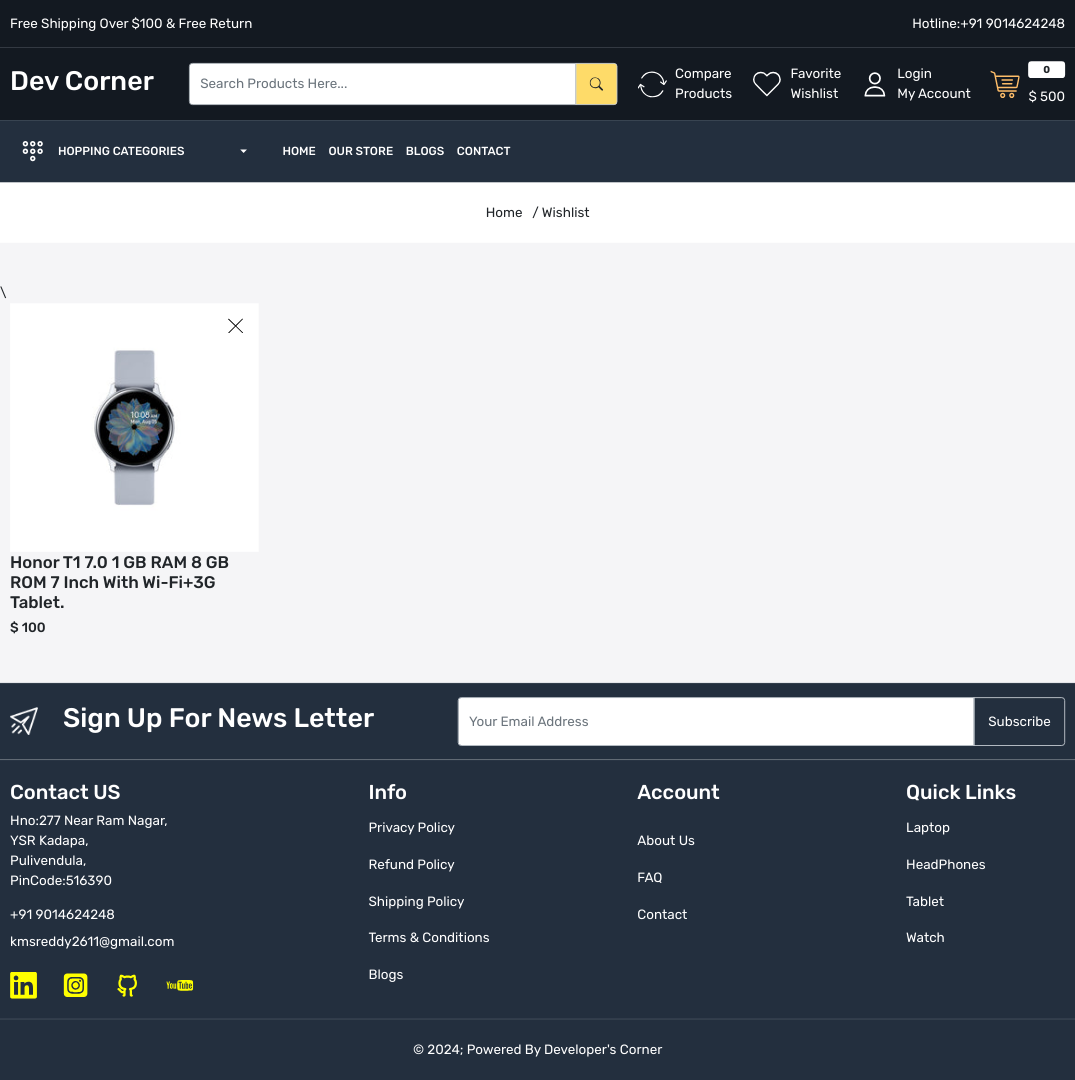
Repository: maniheist/ecommerce-app
Page: /wishlist
These files come from the project's save history. The page is drawn as it stood at one moment and after the next save; the edit follows.
The browser window is 1280 px wide. The pictures show the whole page, at 84% of full size.
The project was rebuilt for these pictures with package versions that can differ from the ones it lists, and the page was loaded fresh each time. Also part of the build but not shown: src/components/BlogCard.js, src/components/ProductCard.js, src/components/SpecialProduct.js, src/pages/Home.js, src/pages/About.js, src/pages/Contact.js, src/components/Color.js, src/pages/OurStore.js and 2 more.

Above is the page before, as saved 2024-02-20 14:27:13.

### public/index.html
<!DOCTYPE html>
<html lang="en">
  <head>
    <meta charset="utf-8" />
    <link rel="icon" href="%PUBLIC_URL%/favicon.ico" />
    <meta name="viewport" content="width=device-width, initial-scale=1" />
    <meta name="theme-color" content="#000000" />
    <meta
      name="description"
      content="Web site created using create-react-app"
    />
    <link rel="apple-touch-icon" href="%PUBLIC_URL%/logo192.png" />

    <link rel="preconnect" href="https://fonts.googleapis.com" />
    <link rel="preconnect" href="https://fonts.gstatic.com" crossorigin />
    <link
      href="https://fonts.googleapis.com/css2?family=Rubik:ital,wght@0,300..900;1,300..900&display=swap"
      rel="stylesheet"
    />
    <link
      href="https://cdn.jsdelivr.net/npm/bootstrap@5.0.2/dist/css/bootstrap.min.css"
      rel="stylesheet"
      integrity="sha384-EVSTQN3/azprG1Anm3QDgpJLIm9Nao0Yz1ztcQTwFspd3yD65VohhpuuCOmLASjC"
      crossorigin="anonymous"
    />
    <link rel="manifest" href="%PUBLIC_URL%/manifest.json" />

    <title>React Redux App</title>
  </head>
  <body>
    <noscript>You need to enable JavaScript to run this app.</noscript>
    <div id="root"></div>
    <script
      src="https://cdn.jsdelivr.net/npm/bootstrap@5.0.2/dist/js/bootstrap.bundle.min.js"
      integrity="sha384-MrcW6ZMFYlzcLA8Nl+NtUVF0sA7MsXsP1UyJoMp4YLEuNSfAP+JcXn/tWtIaxVXM"
      crossorigin="anonymous"
    ></script>
  </body>
</html>

### src/index.js
import React from 'react';
import { createRoot } from 'react-dom/client';

import App from './App';

const container = document.getElementById('root');
const root = createRoot(container);

root.render(

      <App />

);

### src/App.js
import React from 'react';
import './App.css';
import {BrowserRouter,Routes,Route} from "react-router-dom";
import Layout from "./components/Layout";
import Home from "./pages/Home"
import About from "./pages/About"
import Contact from "./pages/Contact"
import OurStore from './pages/OurStore';
import Blog from "./pages/Blog";
import CompareProduct from './pages/CompareProduct';
import Wishlist from './pages/Wishlist';
function App() {
  return (
    <>
      <BrowserRouter>
        <Routes>
        <Route path="/" element={<Layout />}>
<Route index element={<Home />} />
<Route path="about" element={<About />}/>
<Route path="contact" element={<Contact />}/>
<Route path="store" element={<OurStore />}/>
<Route path="blogs" element={<Blog />}/>
<Route path="compare-product" element={<CompareProduct />}/>
<Route path="wishlist" element={<Wishlist />}/>


        </Route>

        </Routes>
      </BrowserRouter>
    </>

  );
}

export default App;

### src/App.css
*{
  margin:0;
  padding:0;
  box-sizing:border-box;
}
:root{
  --color-131921:#131921;
  --color-3b4149:#3b4149;
--color-febd69:#fedb69;
--color-232f3e:#232f3e;
--color-bf4800:#bf4800;
--color-f5f5f7:#f5f5f7;
--color-ededed:#ededed;
--color-777777:#777777;
--color-1c1b1b:#1c1b1b;
--color-f2f2f2:#f2f2f2;
}

.section-heading{
  font-size: 26px;
  line-height: 32px;
  font-weight: 500;
  margin-bottom: 30px;

}
.card-wrapper{
  background-color: white;
  box-shadow: 0 0 10px #0000001a;
  padding: 15px;
}

.button{
  background-color:var(--color-232f3e) ;
  color: white;
  padding: 13px 33px;
  font-size: 14px;
  border-radius: 15px;
}
.button:hover{
  background-color: var(--color-febd69);
  color:#131921
}
body {
  font-family:"Rubik", sans-serif;
}
a {
  text-decoration:none;
  display:inline-block;
}

.form-control:focus{
  box-shadow:none;
  border-color: inherit;
}

/*header part*/
.header-top-strip{
  border-bottom: 1px solid var(--color-3b4149);
  background-color:var(--color-131921) ;
}

.header-upper{
  background-color: var(--color-131921);
}

.header-bottom{
  background-color: var(--color-232f3e);
}

.header-upper .input-group-text{
  background-color: var(--color-febd69);
}

.header-upper.header-upper-links img{
  width:35px;
  height: 35px;
}

.gap-10{
  gap: 10px;
}


.gap-15{
  gap: 15px;
}

.gap-30{
  gap: 30px;
}
.header-bottom .menu-links a,
.header-bottom .dropdown button
{
  color: white;
  font-size: 14px;
  line-height: 18px;
  font-weight: 480;
  letter-spacing:0.3;
  text-transform: uppercase;
}

.header-bottom .dropdown button:focus{
  box-shadow: none;
}

.header-bottom .dropdown-menu{
  background-color: var(--color-131921);
  width:100%;
  transform: translate3d(0px,57px,0px) !important;
}

.header-bottom .dropdown-item{
  padding:20px;
  margin-bottom: 3px;
  border-bottom: 1px solid var(--color-3b4149)
  ;

}
.header-bottom .dropdown-item:hover{
  background-color: transparent;
  color: var(--color-febd69) !important;
}
/*header part end */


/*footer part  */

footer{
  background-color: var(--color-232f3e);
}



footer:not(:first-child){
  border-top:1px solid rgba(255,255,255,0.1);

}

footer .input-group-text{
  background-color: var(--color-232f3e);
  color:white;
  padding:8px 17px;
}
/* footer part end */

/*Home page*/

.main-banner-content{
  top:15%;
  left:5%;
}

.main-banner-content h4{

  font-size: 19px;
  font-weight: 400;
  line-height: 24px;
  color:var(--color-bf4800);
  margin: 0 0 12px;
  letter-spacing: 0.3px;
  text-transform: uppercase;

}

.main-banner-content h5{
  font-size: 52px;
  font-weight: 500;
  line-height: 64px;
  letter-spacing: -2px;
  text-transform: none;

}

.main-banner-content p{
  font-size: 18px;
  line-height: 28px;
  letter-spacing: 0.4px;
  font-weight: 100;
  color: var(--color-131921);
}


.small-banner-content{
  top:25%;
  left:10%;
}

.small-banner-content h4{

  font-size: 21px;
  font-weight: 400;
  line-height: 24px;
  color:var(--color-bf4800);
  margin: 0 0 12px;
  letter-spacing: 0.3px;
  text-transform: uppercase;
}
.small-banner-content h5{
  font-size: 33px;
  font-weight: 500;
  line-height: 34px;
  letter-spacing: -2px;
  text-transform: none;

}

.small-banner-content p{
  font-size: 18px;
  line-height: 28px;
  letter-spacing: 0.4px;
  font-weight: 100;
  color: var(--color-131921);
}

.small-banner{
  width: 49%;

}


/* Home wrapper 2 */

.home-wrapper-2{
  background-color: var(--color-f5f5f7);

}

/* Home wrapper 2 ends */

/* categories section */

.categories{
  background-color: white;
  box-shadow: 0 0 10px #0000001a;
  padding: 15px;
}

.categories > div{
  width:25%;
  padding: 10px 10px 10px 20px;
}

.categories > div:nth-child(1),
.categories > div:nth-child(2),
.categories > div:nth-child(3),
.categories > div:nth-child(4){
  border-bottom: 1px solid var(--color-ededed) ;
}

.categories>div>div{
  width:60%
}

.categories > div:nth-child(1),
.categories > div:nth-child(2),
.categories > div:nth-child(3){
  border-right: 1px solid var(--color-ededed) ;
}

.categories > div:nth-child(5),
.categories > div:nth-child(6),
.categories > div:nth-child(7){
  border-right: 1px solid var(--color-ededed) ;
}
/* categories end */

/* Home Page End */


/* Blogcard */

.blog-card{
  background-color: white;
  padding:20px;
  border-radius:10px;
}

.blog-card img{
  border-top-left-radius:10px;
  border-top-right-radius:10px;
}

.blog-content{
  padding: 15px;

}

.blog-contentp.date{
  font-size: 13px;
  line-height: 24px;
  text-transform: uppercase;
  letter-spacing: 0;
  font-weight: 400;
  color: var(--color-777777);
  padding: 0;

}

.blog-content h5{
  font-size: 18px;
  color: var(--color-131921);
}


.blog-content p.desc{
  font-size: 13px;
  line-height: 22px;
  color: var(--color-777777);
}
/*Blogcard ends*/


/* product card */

.product-card{
  padding: 15px;
  background-color: white;
  border-radius: 13px;
overflow:hidden;
width: 100%;
}

.product-card .product-image{
  height: 270px;
}

.product-card .product-image img{
  object-fit: contain;
}
.product-card .product-image> img:last-child{
  display: none;
}
.product-card:hover .product-image > img:nth-child(1){
display: none;

}
.product-card:hover .product-image>img:last-child{
  display: block;


}



.product-card:hover .action-bar{
  right: 15px;

}
.product-card .product-details h6 {
  color:var(--color-bf4800);
  font-size: 13px;



}


.product-card .product-details h5{
  font-size: 15px;
  color: var(--color-1c1b1b);
}

.product-card.product-details p.price{
  font-size: 16px;
  color: var(--color-1c1b1b);
}

.product-card p.description{
  font-size: 13px;
  color: var(--color-777777);
  margin-right: 20px;
}

.action-bar{
  top: 10%;
  right:-23px;
  transition: 0.3s;
}


.wishlist-icon{
  top: 2%;
  right:15px;

}
/* product card ends */

/* special product */

.special-product-card{
  padding:20px 10px;
  border-radius: 10px;
  background-color: white;
}

.special-product-card .badge{
  background-color:#eb353b !important;
}


/* special product ends */

/* famous start */

.famous-card .famous-content{
  top: 10%;
  left: 5%;

}

.famous-card img{
  border-radius: 10px;
}

.famous-content h5{
  font-size: 13px;
  line-height: 20px;
  font-weight: 400px;
  color: white;
  margin-bottom: 7px;
  text-transform: uppercase;

}
.famous-content h6{
  font-size: 24px;
  line-height: 38px;
  font-weight: 500;
  color: white;
}
.famous-content p{
  font-size: 16px;
  line-height: 24px;
  color: white;
  font-weight: 100;
}

/* famous ends */

/* Our Store Start */

.filter-card{
  background-color: white;
  border-radius: 10px;
  padding: 15px 15px 25px;
}

.filter-title{
  font-size: 16px;
  line-height: 20px;
  font-weight: 600;
  color: var(--color-1c1b1b);
  margin-bottom: 20px;
}

.filter-card ul,
.filter-card .form-check-label {
  list-style-type:none;
  font-size: 13px;
  line-height: 30px;
  color: var(--color-777777);
  cursor: pointer;
}

.filter-card .form-check-input:focus{
  box-shadow: none;
  border-color: rgba(0,0,0,0.25);
}
.filter-card .form-check-input:checked{
background-color: var(--color-febd69);
  border-color: var(--color-febd69);

}
.sub-title{
  font-size: 40px;
  font-weight: 600;
  color: var(--color-1c1b1b);
  margin-bottom: 15px;
  margin-top: 20px;
}

.colors{
  list-style-type: none;
  display: flex;
  flex-wrap: wrap;
  gap: 10px;
}
.colors .one{
  width: 20px;
  height: 20px;
  background-color: red;
  border-radius: 50%;
}
.colors .two{
  width: 20px;
  height: 20px;
  background-color: blue;
  border-radius: 50%;
}
.colors  .three{
  width: 20px;
  height: 20px;
  background-color: yellow;
  border-radius: 50%;
}
.colors  .four{
  width: 20px;
  height: 20px;
  background-color: pink;
  border-radius: 50%;
}
.colors  .five{
  width: 20px;
  height: 20px;
  background-color: black;
  border-radius: 50%;
}
.colors  .six{
  width: 20px;
  height: 20px;
  background-color: brown;
  border-radius: 50%;
}

.colors  .seven{
  width: 20px;
  height: 20px;
  background-color:chocolate;
  border-radius: 50%;
}

.random-products h5{
font-size: 14px;
margin-bottom: 8px;
}

.random-products:first-child{
  border-bottom: 1px solid var(--color-ededed);
}

.filter-sort-grid{
  padding: 10px;
  background-color: white;
  border-radius: 10px;
}

.grid img{
  width: 35px;
  height: 35px;
  background-color: var(--color-f2f2f2);
  padding: 8px;
  border-radius: 3px;
  cursor: pointer;
}
.grid img:hover{
  background-color:burlywood;
}

.g-12{
  width: 100%;

}
.gr-6{
  width: 49%;
}
.gr-4{
  width: 32%;
}
.gr-3{
  width: 24%;

}

.gr-12 .product-card{
  display: flex;
  gap:20px;
}
.gr-6 .product-image{
  width: 100%;
}
.gr-6 .product-image img{
  margin: auto;
  display: block;
}
.gr-12 .product-card .product-image{
  width: 270px;
}

.gr-12 .product-card .product-image{
  height: auto;
}
.gr-12 .action-bar{top: 17%;}


/* Our store ends */


/* contact us starts*/

.contact-inner-wrapper{
  padding:30px 20px;
  border-radius: 15px;
  background-color: white;
  gap:15px;
}
.contact-inner-wrapper>div{
  width: 48%;
}

.contact-title{
  font-size: 26px;
  font-weight: 500;
  line-height: 35px;
  text-align: left;

}

.contact-inner-wrapper form .form-control{
  background-color: var(--color-f5f5f7);
  border-radius: 10px;
  border-color: transparent;
  padding: 10px;
}

.contact-inner-wrapper ul{
  list-style: none;
}

.contact-inner-wrapper address,.contact-inner-wrapper a,.contact-inner-wrapper p{
  color: var(--color-777777);
}

/* contact us ends */

/* compare products */

.compare-product-card {
  padding: 20px 15px;
  background-color: white;
  border-radius: 10px;

}

.compare-product-card .cross ,.wishlist-card .cross{
  top: 15px;
  right: 15px;
  width: 25px;
  padding: 3px;
cursor: pointer;
}

.compare-product-details h5.title{
  font-size: 15px;
  line-height: 22px;
  font-weight: 500;
  color: var(--color-1c1b1b);
}

.compare-product-details h6.price{
font-size: 15px;
line-height: 22px;
font-weight: 400;
}

.compare-product-card .product-detail{
  display: flex;
  justify-content: space-between;
  align-items: center;
  padding: 10px 0px;
  border-top: 1px solid rgba(0,0,0,0.1);
}




/* compare products ends */

### src/components/Layout.js
import React from 'react'
import {Outlet} from "react-router-dom";
import Header from "./Header";
import Footer from "./Footer";
const Layout = () => {
  return (
    <>
            <Header />
            <Outlet />
            <Footer />

    </>
  )
}

export default Layout

### src/pages/Wishlist.js
import React from 'react'
import BreadCrumb from '../components/BreadCrumb'
import Meta from '../components/Meta';
const Wishlist = () => {
  return <>
  <Meta title={"Wishlist"}></Meta>
    <BreadCrumb title='Wishlist'/>
    <div className='wishlist-wrapper home-wrapper-2 py-5 '>\
    <div className='container-xxl'>
        <div className='row'>
            <div className='col-3'>
                <div className='wishlist-card position-relative'>
                    <img src='images/cross.svg' alt='cross' className='position-absolute cross img-fluid' />

                    <div className='wishlist-card-image '>
                    <img src='images/watch.jpg' className='img-fluid w-100' alt=''/>

                    </div>
                    <div><h5 className='title'>Honor T1 7.0 1 GB RAM 8 GB ROM 7 Inch With Wi-Fi+3G Tablet.
</h5>
                    <h6 className='price'>$ 100</h6></div>

                </div>
            </div>
        </div>
    </div>
    </div>


  </>
}

export default Wishlist

### src/components/Header.js
import React from 'react'
import {NavLink,Link} from "react-router-dom"
import {BsSearch} from "react-icons/bs"
const Header = () => {
  return <>
  <header className='header-top-strip py-3'>
    <div className='container-xxl'>
      <div className='row'>
        <div className='col-6'>
          <p className='text-white mb-0'>Free Shipping Over $100 & Free Return</p>
        </div>
        <div className='col-6'>
          <p className='text-end text-white mb-0'>
            Hotline:
            <a className='text-white' href='tel:+9014624248'>+91 9014624248</a>
          </p>
        </div>
      </div>
    </div>
  </header>
  <header className='header-upper py-3'>
    <div className='container-xxl'>
      <div className='row align-items-center'>
        <div className='col-2'>
          <h2><Link className='text-white'>
            Dev Corner
          </Link></h2>
        </div>
        <div className='col-5'>
          <div className="input-group">
  <input type="text" className="form-control py-2" placeholder="Search Products Here..." aria-label="Search Products Here..." aria-describedby="basic-addon2"/>
  <span className="input-group-text p-3" id="basic-addon2"><BsSearch className='fs-6' /></span>
</div>
        </div>
        <div className='col-5'>
          <div className='header-upper-links d-flex align-items-center justify-content-between'>
            <div>
              <Link to='/compare-product' className='d-flex align-items-center gap-10 text-white'>
              <img src="/images/compare.svg" alt='compare' />
                <p className='mb-0'>Compare <br /> Products</p>
              </Link>
            </div>
            <div>
              <Link to="/wishlist" className='d-flex align-items-center gap-10 text-white'>
              <img src="/images/wishlist.svg" alt='wishlist' />
                <p className='mb-0'>Favorite <br /> Wishlist</p>
              </Link>
            </div>
            <div>
              <Link to="/login" className='d-flex align-items-center gap-10 text-white'>
              <img src="/images/user.svg" alt='user' />
                <p className='mb-0'>Login <br /> My Account</p>
              </Link>
            </div>
            <div>
              <Link to="/cart" className='d-flex align-items-center gap-10 text-white'>
            <img src="/images/cart.svg" alt='cart' />
                <div className='d-flex flex-column gap-10'>
                <span className='badge bg-white text-dark'>0</span>
                <p className='mb-0'>$ 500</p>

                </div>
              </Link>
            </div>
          </div>
        </div>
      </div>
    </div>
  </header>
<header className='header-bottom py-3'>
  <div className='container-xxl'>
    <div className='row'>
      <div className='col-12'>
        <div className='menu-bottom d-flex align-items-center gap-30'>
        <div>
          <div className="dropdown">
  <button className="btn btn-secondary dropdown-toggle bg-transparent border-0 gap-15 d-flex align-items-center" type="button" id="dropdownMenuButton1" data-bs-toggle="dropdown" aria-expanded="false">
    <img src="images/menu.svg" alt=""/><span className='me-5 d-inline-blocto'>hopping Categories</span>
  </button>
  <ul className="dropdown-menu" aria-labelledby="dropdownMenuButton1">
    <li><to className="dropdown-item text-white" to="">Pants</to></li>
    <li><to className="dropdown-item text-white" to="">Shirts</to></li>
    <li><to className="dropdown-item text-white" to="">Shorts</to></li>
  </ul>
</div>
        </div>
        <div className='menu-links'>
          <div className='d-flex align-items-center gap-15'>
            <NavLink className='text-white' to="/">Home</NavLink>
            <NavLink className='text-white' to="/store">Our Store</NavLink>
            <NavLink className='text-white' to="/blogs">Blogs</NavLink>
            <NavLink className='text-white' to="/contact">Contact</NavLink>
          </div>
        </div>

        </div>
      </div>
    </div>
  </div>
</header>


  </>
}

export default Header

### src/components/BreadCrumb.js
import React from 'react'
import {Link} from 'react-router-dom';
const BreadCrumb = (props) => {
    const {title}=props;
  return (
    <div className='breadcrumb mb-0 py-4'>
      <div className='container-xxl'>
        <div className='row'>
            <div className='col-12'>
                <p className='text-center mb-0'><Link to='/' className='text-dark'>Home &nbsp; </Link> / {title}</p>
            </div>
        </div>
      </div>
    </div>
  )
}

export default BreadCrumb

### src/components/Meta.js

import React from 'react'
import {Helmet} from "react-helmet";

const Meta = (props) => {
  return (
    <Helmet>
                <meta charSet="utf-8" />
                <title>{props.title}</title>
            </Helmet>
  )
}

export default Meta

Loaded but not shown: src/components/Footer.js (104 lines, source omitted)

After the next save:
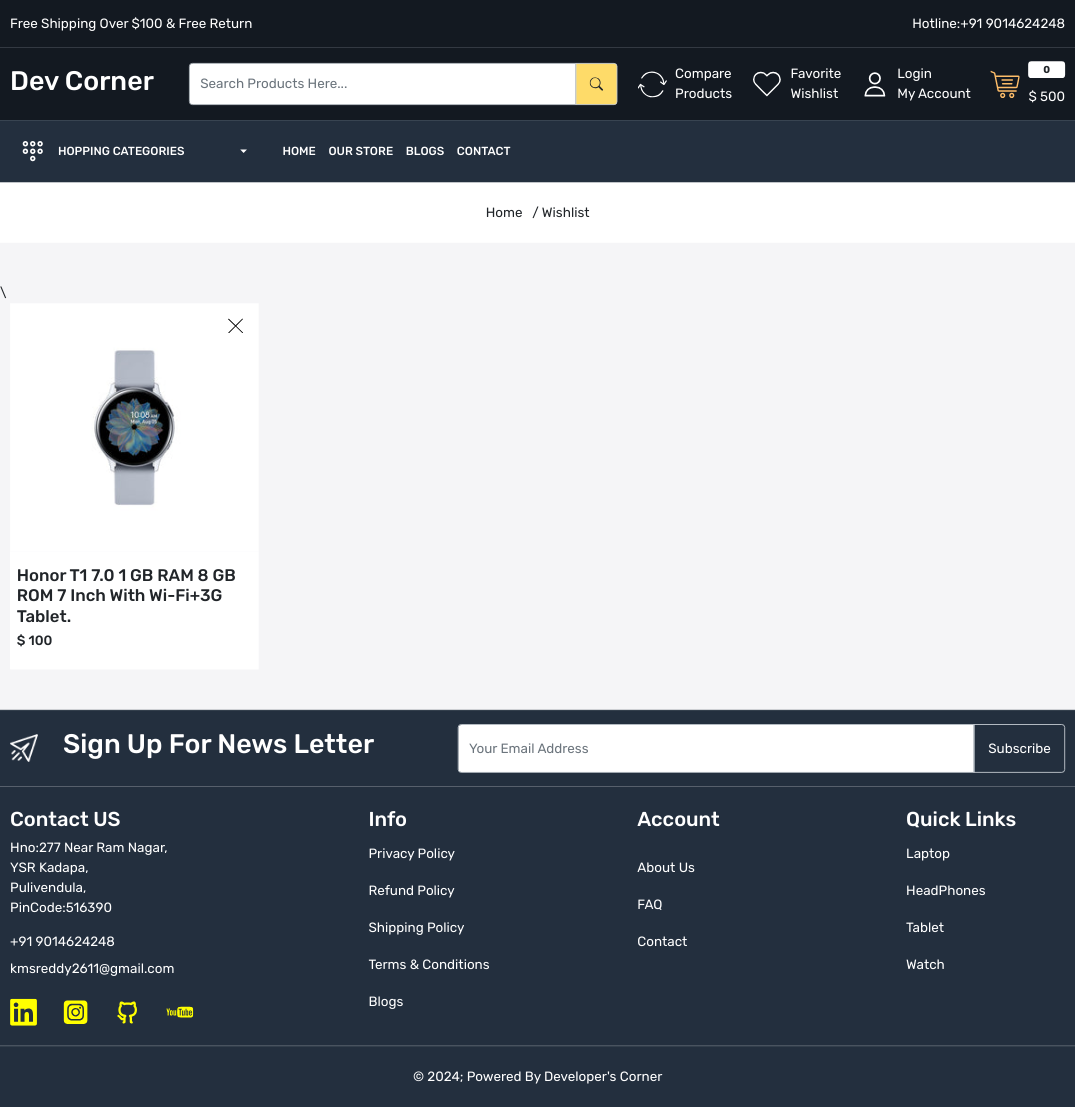
Saved 18 s later.
--- a/src/pages/Wishlist.js
+++ b/src/pages/Wishlist.js
@@ -16,7 +16,7 @@
                     <img src='images/watch.jpg' className='img-fluid w-100' alt=''/>
 
                     </div>
-                    <div><h5 className='title'>Honor T1 7.0 1 GB RAM 8 GB ROM 7 Inch With Wi-Fi+3G Tablet.
+                    <div className='bg-white px-2 py-3'><h5 className='title'>Honor T1 7.0 1 GB RAM 8 GB ROM 7 Inch With Wi-Fi+3G Tablet.
 </h5>
                     <h6 className='price'>$ 100</h6></div>
 
